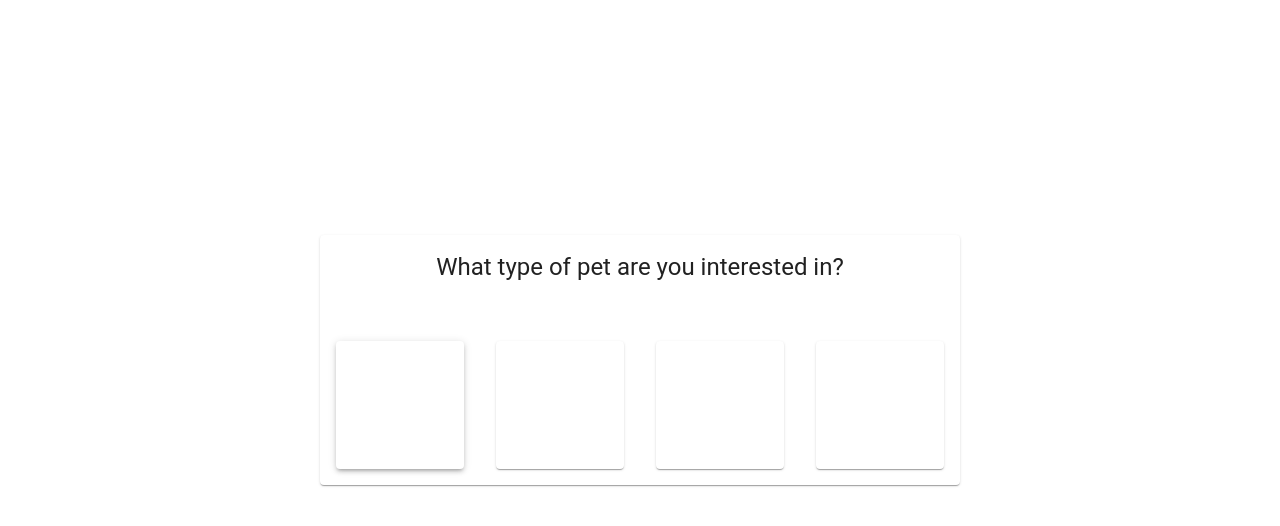
Repository: watthananick1/petstory
Page: /
The author's editor kept a copy of each file at every save. The page is drawn from the files as they stood at one save, then again after the next save.
The browser window is 1280 px wide. The pictures show the whole page.
The project was rebuilt for these pictures with package versions that can differ from the ones it lists, and the page was loaded fresh each time.

Above is the page before, as saved 2023-03-25 14:35:38.

After the next save:
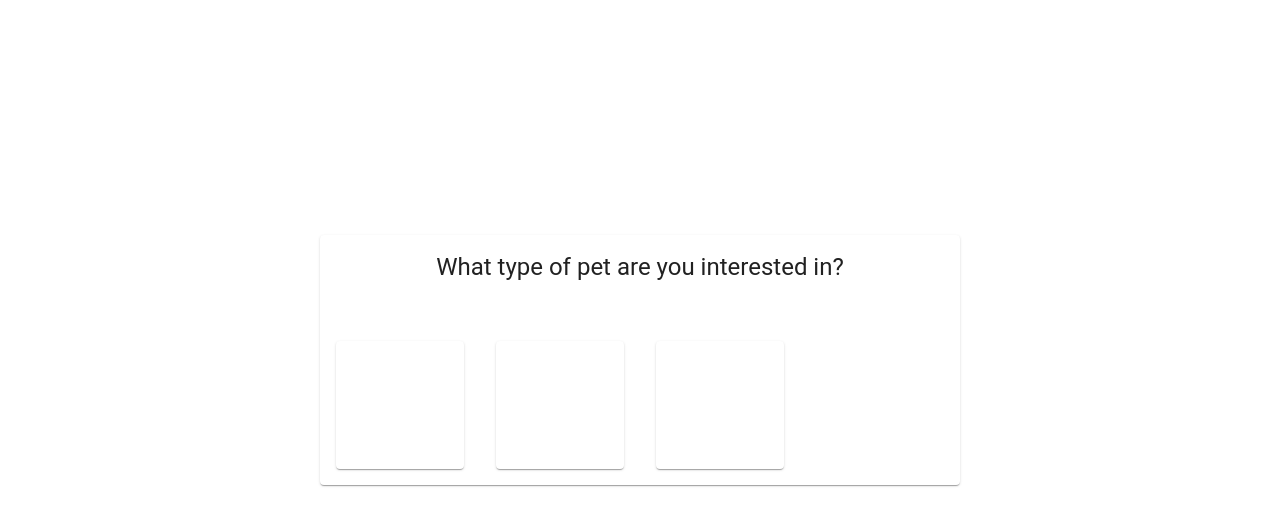
Saved 2 min 41 s later.
--- a/src/components/card-type-pet/card-type-pet.tsx
+++ b/src/components/card-type-pet/card-type-pet.tsx
@@ -105,7 +105,6 @@ export default function CardTypePet() {
                     },
                   }}
                 >
-                  <Paper elevation={3} />
                   {images.map((image) => (
                       <Item >
                         <ImageButton
